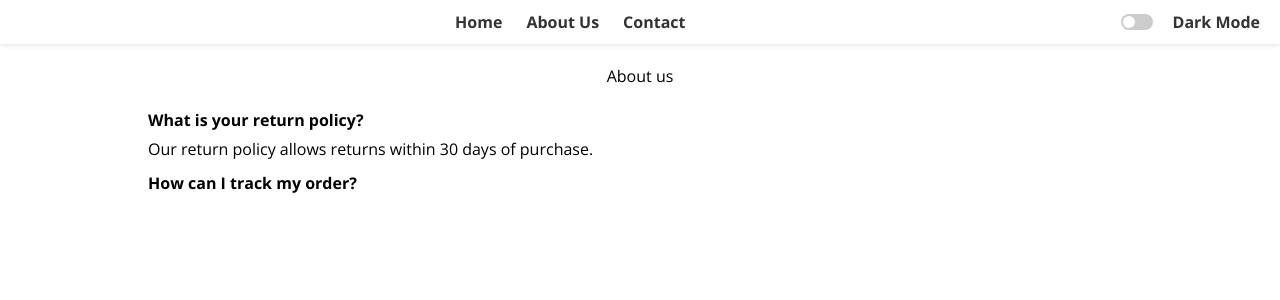
Repository: sriram1224/Text-converter
Page: /about, after clicking the first element matching `div.faq-question`
An editor plug-in stored every save of this project. The page is shown before and after the next save, followed by the edit.
The browser window is 1280 px wide. The pictures show the whole page.
The project was rebuilt for these pictures with package versions that can differ from the ones it lists, and the page was loaded fresh each time. Also part of the build but not shown: src/Home.css, src/Home.jsx.

Above is the page before, as saved 2024-03-27 15:49:32.

After the next save:
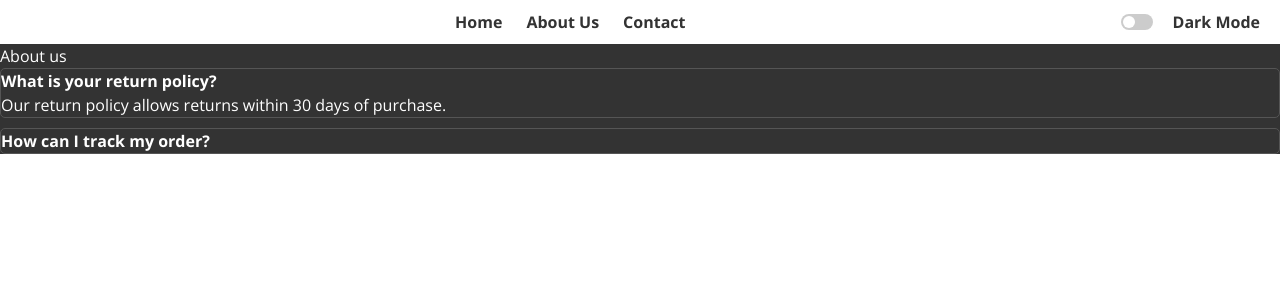
Saved 110 s later.
--- a/src/about.css
+++ b/src/about.css
@@ -1,32 +1,28 @@
-.faq {
-    width: 80%;
-    margin: auto;
-    padding: 20px;
+/* Dark Mode */
+.faq.dark-item {
+    background-color: #333;
+    /* Dark background color */
+    color: #fff;
+    /* Light text color */
 }
 
-.faq h1 {
-    text-align: center;
-    margin-bottom: 20px;
+.faq.dark-item h1 {
+    color: #fff;
+    /* Light text color for the heading */
 }
 
-.faq-item {
+.faq-item.dark-item {
+    border: 1px solid #555;
+    /* Dark border */
+    border-radius: 5px;
     margin-bottom: 10px;
 }
 
-.faq-question {
+.faq-question.dark-text {
     cursor: pointer;
-}
-
-.faq-answer {
-    margin-top: 5px;
-}
-
-.dark-text {
-    color: #fff;
-    background-color: #000;
     padding: 10px;
 }
 
-.light-text {
-    color: #000;
+.faq-answer.dark-text {
+    padding: 10px;
 }
